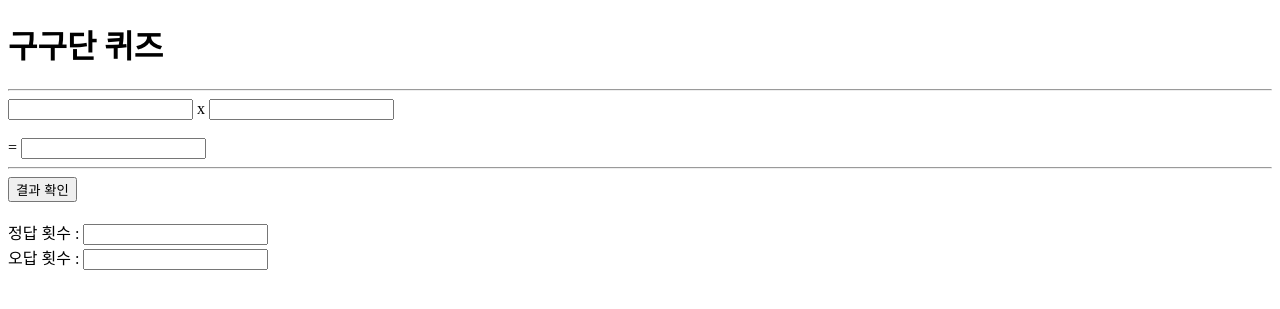
Repository: Baechangho/JavaBasic
Page: workspace_web/Front/src/main/webapp/event/gugudan_quiz.html
These files come from the project's save history. The page is drawn as it stood at one moment and after the next save; the edit follows.
The browser window is 1280 px wide. The pictures show the whole page.

Above is the page before, as saved 2023-08-09 00:11:19.

### workspace_web/Front/src/main/webapp/event/gugudan_quiz.html
<!DOCTYPE html>
<html>
<head>
<meta charset="UTF-8">
<title>Insert title here</title>
</head>
<body>

<!-- Math.random() 함수 이용하여 숫자 2개 생성하기 -->
<!-- 사용자의 입력 받기 -->
<!-- "결과 확인"버튼을 눌렀을 때 정답/오답 판단 결과 적용 -->
<!-- ** 태그 내용 수정해도 괜찮음 -->

<h1>구구단 퀴즈</h1>
<hr>

<input type="text" id="n1"> x <input type="text" id="n2"><br><br>
= <input type="text" id="answer">

<hr>

<input type="button" value="결과 확인" id="calc"><br><br>

정답 횟수 : <input type="text" id="correct"><br>
오답 횟수 : <input type="text" id="incorrect">

</body>
</html>

After the next save:
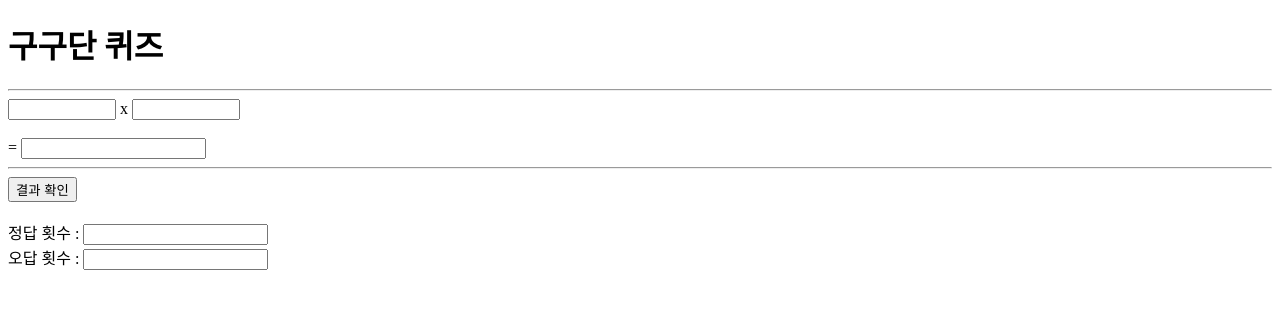
Saved 56 s later.
--- a/workspace_web/Front/src/main/webapp/event/gugudan_quiz.html
+++ b/workspace_web/Front/src/main/webapp/event/gugudan_quiz.html
@@ -3,6 +3,13 @@
 <head>
 <meta charset="UTF-8">
 <title>Insert title here</title>
+<style type="text/css">
+#n1, #n2{
+	width: 100px;
+}
+
+
+</style>
 </head>
 <body>
 
